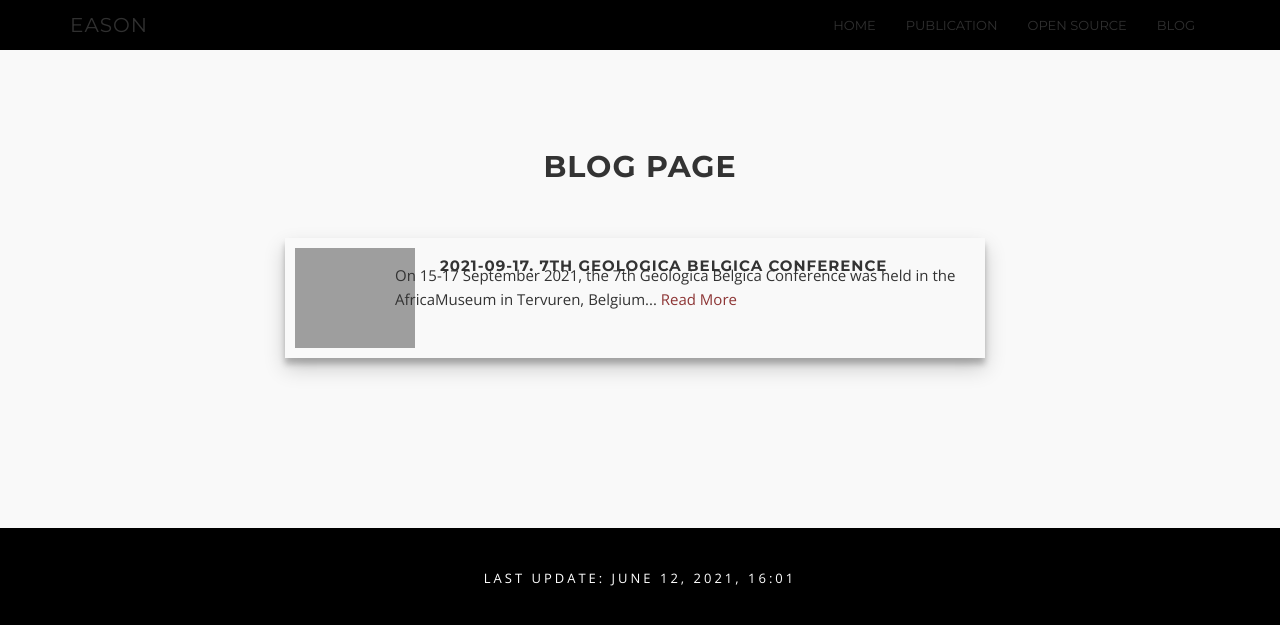
Repository: eazzzon/eazzzon.github.io
Page: blog.html
These files come from the project's save history. The page is drawn as it stood at one moment and after a run of saves; the edit follows.
The browser window is 1280 px wide. The pictures show the whole page.
Pictures or frames that could not be fetched are drawn as grey boxes.

Above is the page before, as saved 2021-09-18 13:28:46.

After the next 3 saves:
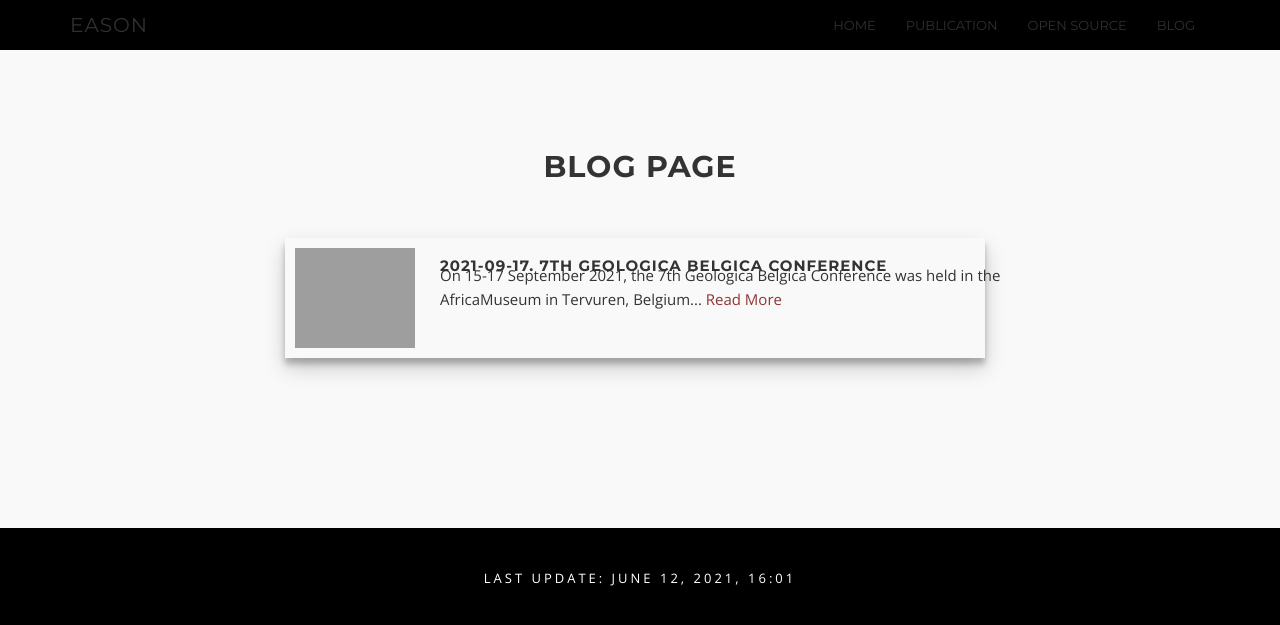
The 3 saves are shown as one change because they came seconds apart.
The last was saved 16 s later.
--- a/css/theme.css
+++ b/css/theme.css
@@ -456,5 +456,5 @@ section {
 	margin: 0px;
 	font-size: 15px;
 	position: relative;
-	left: 25px;
+	left: 70px;
   }
